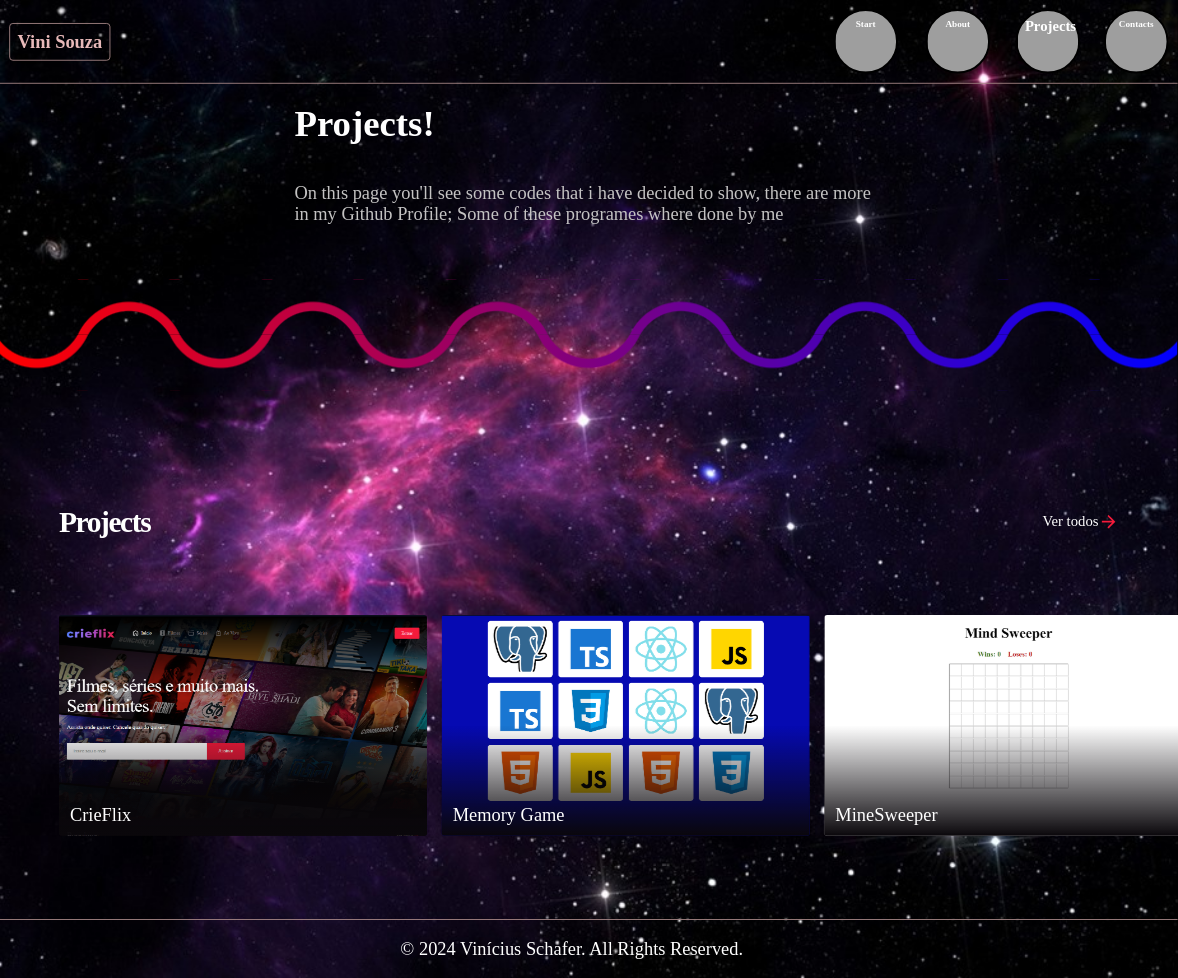
Repository: ViniSouza32/ViniSouza32.github.io
Page: ProjectsScreen/index.html
An editor plug-in stored every save of this project. The page is shown before and after the next save, followed by the edit.
The browser window is 1280 px wide. The pictures show the whole page, at 92% of full size.
Pictures or frames that could not be fetched are drawn as grey boxes.

Above is the page before, as saved 2024-08-26 01:18:49.

### ProjectsScreen/index.html
<!DOCTYPE html>
<html lang="pt-BR">
  <head>
    <meta charset="UTF-8" />
    <meta name="viewport" content="width=device-width, initial-scale=1.0" />
    <title>Projects</title>

    <link href="../styles.css" rel="stylesheet" />
    <link href="./styles.css" rel="stylesheet" />
    <link rel="stylesheet" href="componentes/cover.css">
    <link rel="stylesheet" href="componentes/slider.css">

    <link rel="icon" type="image/x-icon" href="../assets/imgs/favicon.jpg">
    <link href="https://fonts.googleapis.com/icon?family=Material+Icons" rel="stylesheet"/>
  </head>
  <body>
    <div class="header">
      <a href="index.html" class="name">Vini Souza</a>

      <ul class="list">
        <a href="../index.html" style="font-size: 10px;  padding-left: 7px">
          <li class="mercury planet">Start</li>
        </a>
        <a href="../aboutScreen/index.html" style="font-size: 10px; padding-left: 10px">
          <li class="mars planet">About</li>
        </a>
        <a
          href="./index.html"
          style="padding-left: 8px"
        >
          <li class="earth planet">Projects</li>
        </a>
        <a
          href="../contatsScreen/index.html"
          style="font-size: 10px; padding-left: 6px"
        >
          <li class="jupiter planet">Contacts</li>
        </a>
      </ul>
      <div class="menu-icon" onclick="toggleMenu()">
        <div class="bar"></div>
        <div class="bar"></div>
        <div class="bar"></div>
      </div>

    </div>

    <div class="desc">
      <h3 class="desc-title">Projects!</h3>

      <p class="desc-text">
        On this page you'll see some codes that i have decided to show,
        there are more in my Github Profile; Some of these programes where done by me

      </p>
    </div>
    <div class="box"></div>

    <section class="slider">
      <div class="slider__header">
          <h4 class="slider__title">Projects</h4>
            <a class="slider__more" href="seeMore.html">
              <span>Ver todos</span>
              <svg width="22" height="22" viewBox="0 0 22 22" xmlns="http://www.w3.org/2000/svg">
                <path d="M3.66536 11.9154L14.8212 11.9154L9.69703 17.0395L10.9987 18.332L18.332 10.9987L10.9987 3.66536L9.7062 4.95786L14.8212 10.082L3.66536 10.082L3.66536 11.9154Z" />
              </svg>
            </a>
      </div>
      <div class="slider__track">
          <div class="cover cover--large">
            <img class="cover__image" src="../assets/imgs/crieFlix.png" alt="CrieFlix">
            <span class="cover__title">CrieFlix</span>
          </div>
          <div class="cover cover--large">
            <img class="cover__image" src="../assets/imgs/jogoMemoria.png" alt="Memory Game">
            <span class="cover__title">Memory Game</span>
          </div>
          <div class="cover cover--large">
            <img class="cover__image" src="../assets/imgs/mindSweeper.png" alt="MineSweeper">
            <span class="cover__title">MineSweeper</span>
          </div>
          <div class="cover cover--large">
            <img class="cover__image" src="../assets/imgs/sistemaDoacoes.png" alt="Donation System">
            <span class="cover__title">Donation System</span>
          </div>
        </section>

    <div id="footer"></div>
  </body>
  <script src="../scripts/hamburgerMenu.js"></script>
  <script src="../scripts/footerGen.js"></script>
</html>

### styles.css
body {
  background-image: url("./assets/imgs/galaxyBack1024x768.jpg");
  background-color: #000;
  background-size: cover;
  margin: 0;
  padding: 0;
}

.header {
  display: flex;
  align-items: center;
  justify-content: space-between;
  color: #fff;
  border-bottom: 1px solid #a08282;
  font-size: 20px;
  font-weight: bold;
  padding: 10px;
}

.padl {
  padding-left: 45.1%;
}

.name {
  text-decoration: none;
  color: #e7b9b9;
  border: 1px solid #a08282;
  border-radius: 4px;
  padding: 8px;
  cursor: default;
}

.selected {
  background-color: #555;
}

.list {
  list-style: none;
  display: flex;
  margin: 0;
  padding: 0;
  justify-content: space-around;
}

.list li {
  margin: 0;
  padding: 8px;
  text-align: center;
}

.mercury {
  background: url(https://www.solarsystemscope.com/images/textures/full/2k_makemake_fictional.jpg);
  background-size: cover;
  border-radius: 50%;
  border: 2px solid #000;
  width: 50px;
  height: 50px;
  margin: 10px;
  animation: movimiento 10s linear 0s infinite;
  cursor: pointer;
}

.mars {
  background: url(https://s3-us-west-2.amazonaws.com/s.cdpn.io/217233/mars_texture.jpg);
  background-size: cover;
  border-radius: 50%;
  border: 2px solid #000;
  width: 50px;
  height: 50px;
  margin: 10px;
  animation: movimiento 10s linear 0s infinite;
  cursor: pointer;
}

.earth {
  background: url(https://cdn.rawgit.com/ManzDev/cursos-assets/gh-pages/css3/earth-2.jpg);
  background-size: cover;
  border-radius: 50%;
  border: 2px solid #000;
  width: 50px;
  height: 50px;
  margin: 10px;
  animation: movimiento 10s linear 0s infinite;
  cursor: pointer;
}

.jupiter {
  background: url(https://www.jpl.nasa.gov/spaceimages/images/largesize/PIA07782_hires.jpg);
  background-size: cover;
  border-radius: 50%;
  border: 2px solid #000;
  width: 50px;
  height: 50px;
  margin: 10px;
  animation: movimiento 10s linear 0s infinite;
  cursor: pointer;
}

@keyframes movimiento {
  0% {
    background-position: 0 0;
  }
  100% {
    background-position: 355px 0;
  }
}

.list {
  list-style: none;
  display: flex;
  margin: 0;
  padding: 0;
  list-style: none;
}

.list li {
  margin-left: 20px;
  padding: 8px;
}

.list a {
  text-decoration: none;
  color: #fff;
  font-size: 16px;
  font-weight: 600;
  cursor: default;
}

.list li:hover {
  background-color: #807d7d;
}

.sub-text {
  color: #c7c7c77a;
}

.text-link {
  color: #a8aafd;
  text-decoration: none;
  padding-left: 25%;
}

.name-body {
  display: flex;
  color: #fff;
  font-size: 20px;
  padding-top: 1%;
  justify-content: center;
}

.image {
  padding-left: 35%;
  max-height: 555px;
  max-width: 1000px;
}

.text {
  color: #fff;
  font-size: 20px;
  margin-top: 20px;
  margin-left: 25%;
  margin-right: 25%;
  text-decoration: none;
}

.email {
  display: inline-flex;
  align-items: center;
  justify-content: center;
  background-color: #0000006b;
  border: 2px solid #a08282;
  border-radius: 8px;
  padding: 2px 4px;
}

.box {
  --size: 50px;
  --b: 10px;
  --p: 25px;
  --R: calc(55.9px + var(--b) / 2);

  --_g: #0000 calc(99% - var(--b)), #000 calc(101% - var(--b)) 99%, #0000 101%;
  -webkit-mask: radial-gradient(
        var(--R) at left 50% bottom calc(-1 * var(--p)),
        var(--_g)
      )
      calc(50% - 2 * var(--size)) calc(50% - var(--size) / 2 - var(--b) / 2) /
      calc(4 * var(--size)) calc(var(--size) + var(--b)) repeat-x,
    radial-gradient(var(--R) at left 50% top calc(-1 * var(--p)), var(--_g)) 50%
      calc(50% + var(--size) / 2 + var(--b) / 2) / calc(4 * var(--size))
      calc(var(--size) + var(--b)) repeat-x;
  background: linear-gradient(90deg, red, blue);
  height: 200px;
}

.container-projects {
  border: 1px solid #fff;
  border-radius: 8px;
  background-color: #0000004f;
  width: 50%;
  margin-left: 25%;
  margin-bottom: 12px;
}

.conteiner-text {
  color: #fff;
  font-size: 20px;
  padding-left: 1%;
  padding-right: 1%;
}

.footer {
  display: flex;
  align-content: center ;
  border-top: 1px solid #a08282;
  color: #fff;
}

.text_footer {
  color: #fff;
  font-size: 20px;
  margin-left: 34%;
  text-decoration: none;
}

.link {
  color: #fff;
  font-size: 20px;
  text-decoration: none;
}

.links {
  color: #fff;
  text-decoration: none;
  padding-left: 10px;
}

.container-links {
  padding-left: 24%;
}

.menu-icon {
  display: none;
  cursor: pointer;
  margin-right: 15px;
}

.bar {
  width: 25px;
  height: 3px;
  background-color: #fff;
  margin: 6px 0;
  transition: 0.4s;
}

@media only screen and (max-width: 600px) {
  .list {
    display: none;
  }

  .menu-icon {
    display: block;
  }

  .container-links {
    display: flex;
    padding-left: 5%;
  }

  .list {
    display: none;
    flex-direction: column;
    position: absolute;
    top: 60px;
    right: 0;
    background-color: #333;
    padding: 10px;
    border-bottom-left-radius: 8px;
    border-bottom-right-radius: 8px;
  }

  .list li {
    margin: 5px 0;
  }

  .name-body,
  .image,
  .text,
  .container-projects,
  .footer-links {
    margin-left: 5%;
    margin-right: 5%;
  }

  .padl {
    padding-left: 5%;
  }

  .image {
    padding-left: 0;
    max-width: 100%;
  }

  .container-projects {
    width: 90%;
  }

  .list.show {
    display: flex;
  }

  .footer {
    display: none;
  }

  .desc-text {
    display: nonw;
  }

  .list li {
    margin: 10px 0;
  }
}

### ProjectsScreen/styles.css
.desc-text {
  color: #c4c3c3;
  font-size: 20px;
  margin-top: 20px;
  margin-left: 25%;
  margin-right: 25%;
  text-decoration: none;
}

.desc-title {
  color: #fff;
  font-size: 40px;
  margin-top: 20px;
  margin-left: 25%;
  margin-right: 25%;
  text-decoration: none;
}

.image-projects {
  width: 50%;
  padding-left: 25%;
  padding-top: 12px;
}

### ProjectsScreen/componentes/cover.css
.cover {
  width: 215px;
  height: 290px;
  border-radius: 3px;
  position: relative;
  background-image: linear-gradient(180deg, rgba(10, 7, 11, 0) 50%, #0A070B 100%);
  display: flex;
  align-items: flex-end;
  flex-shrink: 0;
  overflow: hidden;
}

.cover--large {
  width: 400px;
  height: 240px;
}

.cover__image {
  width: 100%;
  height: 100%;
  object-fit: cover;
  position: absolute;
  top: 0;
  left: 0;
  z-index: -1;
}

.cover__title {
  color: #ffffff;
  font-size: 20px;
  line-height: 30px;
  padding: 8px 12px;
}

@media (max-width: 480px) {
  .cover {
    width: 100px;
    height: 135px;
  }

  .cover--large {
    width: 275px;
    height: 165px;
  }

  .cover__title {
    font-size: 11px;
    line-height: 12px;
    padding: 4px;
  }
}

### ProjectsScreen/componentes/slider.css
.slider {
  margin: 40px 0 90px 0;
}

.slider__header {
  display: flex;
  justify-content: space-between;
  align-items: center;
  padding: 0 64px;
  margin-bottom: 40px;
}

.slider__title {
  color: #ffffff;
  font-size: 32px;
  line-height: 40px;
  letter-spacing: -1.5px;
}

.slider__more {
  color: #ffffff;
  font-size: 16px;
  line-height: 20px;
  text-decoration: none;
  display: flex;
  align-items: center;
}

.slider__more svg {
  fill: #F41B3B;
}

.slider__track {
  display: flex;
  overflow: scroll hidden;
  padding:0 56px;
  scrollbar-width: none;
}

.slider__track::-webkit-scrollbar {
  display: none;
}

.slider__track .cover {
  margin:0 8px;
}

@media (max-width : 480px) {
  .slider {
    margin: 32px 0;
  }

  .slider__header {
    padding: 0 24px;
    margin-bottom: 12px;
  }
  .slider__title {
    font-size: 20px;
    line-height: 32px;
  }

  .slider__more {
    font-size: 14px;
  }

  .slider__more svg {
    width: 14px;
    height: 14px;
  }

  .slider__track {
    padding:0 18px;
  }

  .slider__track .cover {
    margin: 0 6px;
  }
}

### scripts/hamburgerMenu.js
function toggleMenu() {
  let menuList = document.querySelector('.list');
  menuList.classList.toggle('show');
}

### scripts/footerGen.js
document.addEventListener("DOMContentLoaded", function () {
  let footerContent =
    '<div class="footer">' +
      '<p class="text_footer"> &copy; 2024 <a class="link" target="_blank" href="https://twitter.com/vinisouza32"> Vinícius Schafer</a>. All Rights Reserved.</p>'
    '</div>';

  let footer = document.getElementById("footer");

  footer.innerHTML = footerContent;
});

After the next save:
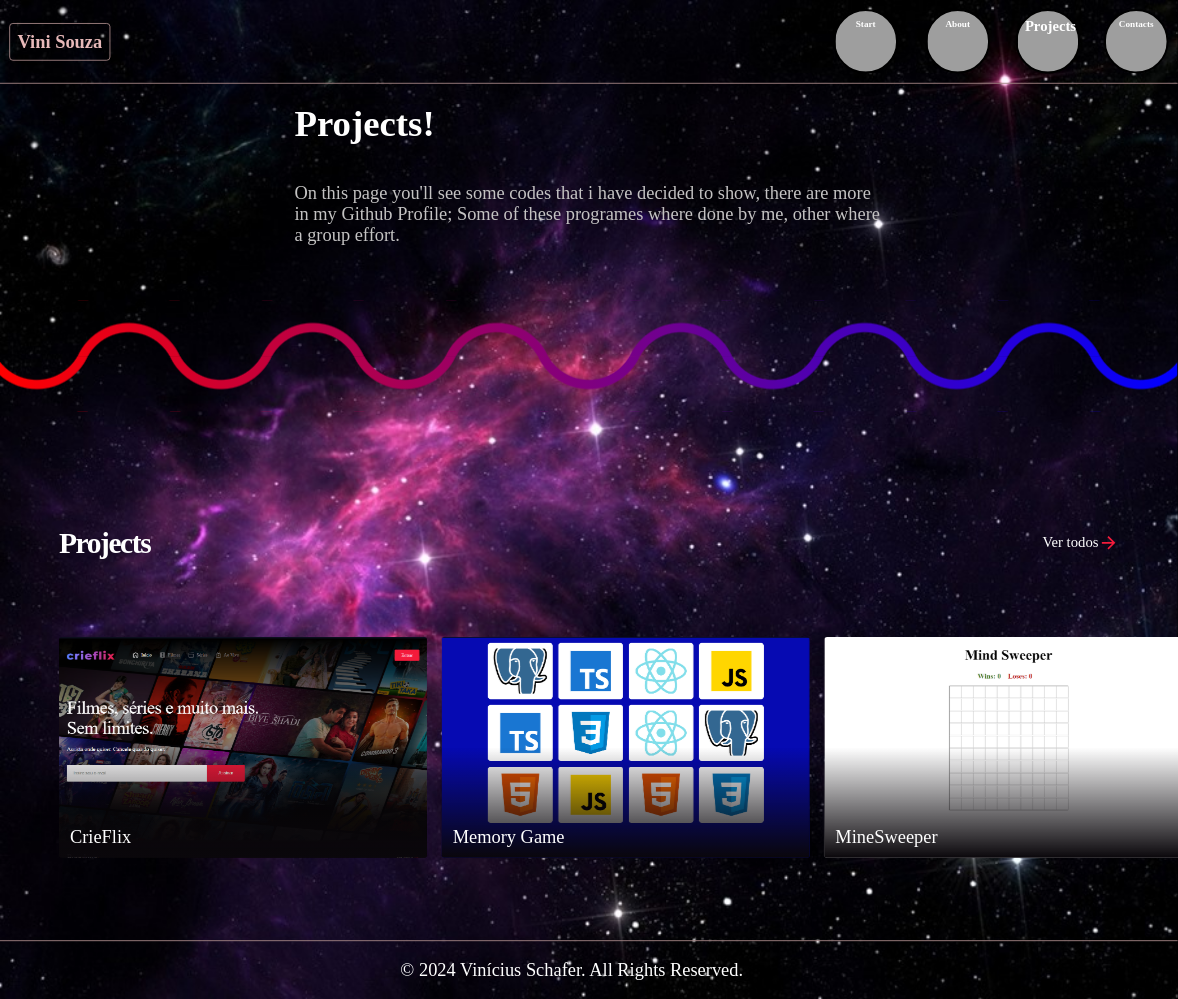
Saved 12 s later.
--- a/ProjectsScreen/index.html
+++ b/ProjectsScreen/index.html
@@ -50,8 +50,8 @@
 
       <p class="desc-text">
         On this page you'll see some codes that i have decided to show,
-        there are more in my Github Profile; Some of these programes where done by me
-
+        there are more in my Github Profile; Some of these programes where done by me,
+        other where a group effort.
       </p>
     </div>
     <div class="box"></div>
